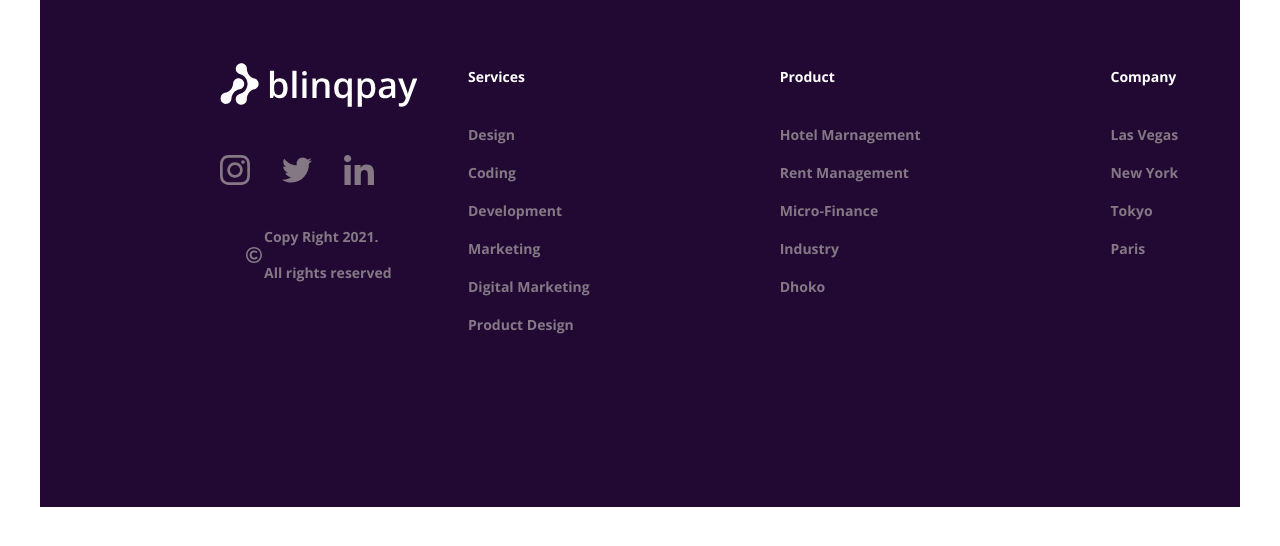
Repository: jabbarbergenoov/mobile-bling-py
Page: idnex.html
These files come from the project's save history. The page is drawn as it stood at one moment and after the next save; the edit follows.
The browser window is 1280 px wide. The pictures show the whole page.

Above is the page before, as saved 2025-04-17 19:04:06.

### idnex.html
<!DOCTYPE html>
<html lang="en">
<head>
    <meta charset="UTF-8">
    <meta name="viewport" content="width=device-width, initial-scale=1.0">
    <title>Document</title>
    <link rel="stylesheet" href="./style/styl.css">
</head>
<body>
    <header class="arslan">

    </header>
    <main>
        <section class="chingiz"></section>
        <section class="ulugbek"></section>
        <section class="bekzad"></section>
        <section class="maftuna"></section>
        <section class="aydos"></section>
    </main>
    <footer class="behruz">
        <div class="container">
            <div class="footer">
                <div class="boxa">
                  <img src="./images/Logo.svg" alt="" class="iimg">
                  <div class="df">
                  <img src="./images/insta.svg" alt="" class="insta">
                  <img src="./images/twiter.svg" alt="" class="twiter">
                  <img src="./images/in.svg" alt="" class="in">
                  </div>
                  <div class="gh">
                  <img src="./images/c.svg" alt="" class="iimg2">
                  <p class="ssd">Copy Right 2021. <br><br>All rights reserved</p>
                  </div>
                </div>
                <div class="boxes">
                <div class="boxb">
                  <h2 class="word">Services</h2>
                  <p class="texts">Design</p>
                  <p class="texts">Coding</p>
                  <p class="texts">Development</p>
                  <p class="texts">Marketing</p>
                  <p class="texts">Digital Marketing</p>
                  <p class="texts">Product Design</p>
                </div>
                <div class="boxb">
                  <h2 class="word">Product</h2>
                  <p class="texts">Hotel Marnagement</p>
                  <p class="texts">Rent Management</p>
                  <p class="texts">Micro-Finance</p>
                  <p class="texts">Industry</p>
                  <p class="texts">Dhoko</p>
                </div>
                <div class="boxb">
                  <h2 class="word">Company</h2>
                  <p class="texts">Las Vegas</p>
                  <p class="texts">New York</p>
                  <p class="texts">Tokyo</p>
                  <p class="texts">Paris</p>
                </div>
                </div>
              </div>
            </div>
    </footer>
</body>
</html>

### style/styl.css
@import url(https://fonts.googleapis.com/css?family=Open+Sans:300,regular,500,600,700,800,300italic,italic,500italic,600italic,700italic,800italic);
* {
    margin: 0;
    padding: 0;
    box-sizing: border-box;
}
.container {
    padding: 0 15;
    width: 1200px;
    margin: 0 auto;
}
.footer {
    height: 689px;
    background: rgb(33, 9, 51);
    position: relative;
    bottom: 182px;
    display: flex;
    gap: 50px;
  }
  .iimg {
    padding-top: 242px;
    padding-left: 180px;
  }
  .df {
    display: flex;
    gap: 32px;
    padding-left: 180px;
    padding-top: 42px;
  }
  .gh {
    display: flex;
    gap: 2px;
    padding-left: 206px;
    padding-top: 43px;
  }

  .ssd {
    color: rgb(133, 120, 133);
    font-size: 14px;
    font-weight: 700;
    line-height: 128.6%;
    letter-spacing: 4%;
    font-family: Open Sans;
  }
  .word {
    color: rgb(255, 255, 255);
    font-size: 14px;
    font-weight: 700;
    line-height: 128.6%;
    letter-spacing: 4%;
    text-align: left;
    padding-bottom: 20px;
    font-family: Open Sans;

  }
  .texts {
    color: rgb(133, 120, 133);
    font-family: Open Sans;
    font-size: 14px;
    font-weight: 700;
    line-height: 128.6%;
    padding-top: 20px;
  }
  .boxb{
    padding-top: 250px;
  }
  .boxes{
    display: flex;
    gap: 190px;

  }

After the next save:
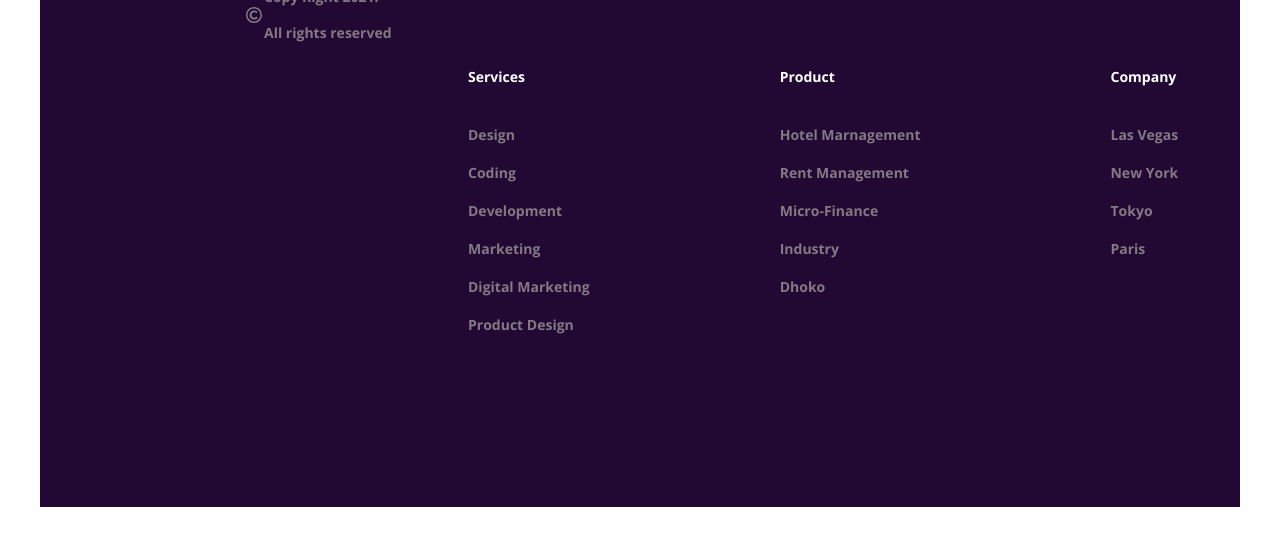
Saved 22 s later.
--- a/style/styl.css
+++ b/style/styl.css
@@ -18,7 +18,7 @@
     gap: 50px;
   }
   .iimg {
-    padding-top: 242px;
+    padding-top: 2px;
     padding-left: 180px;
   }
   .df {

After the save that followed:
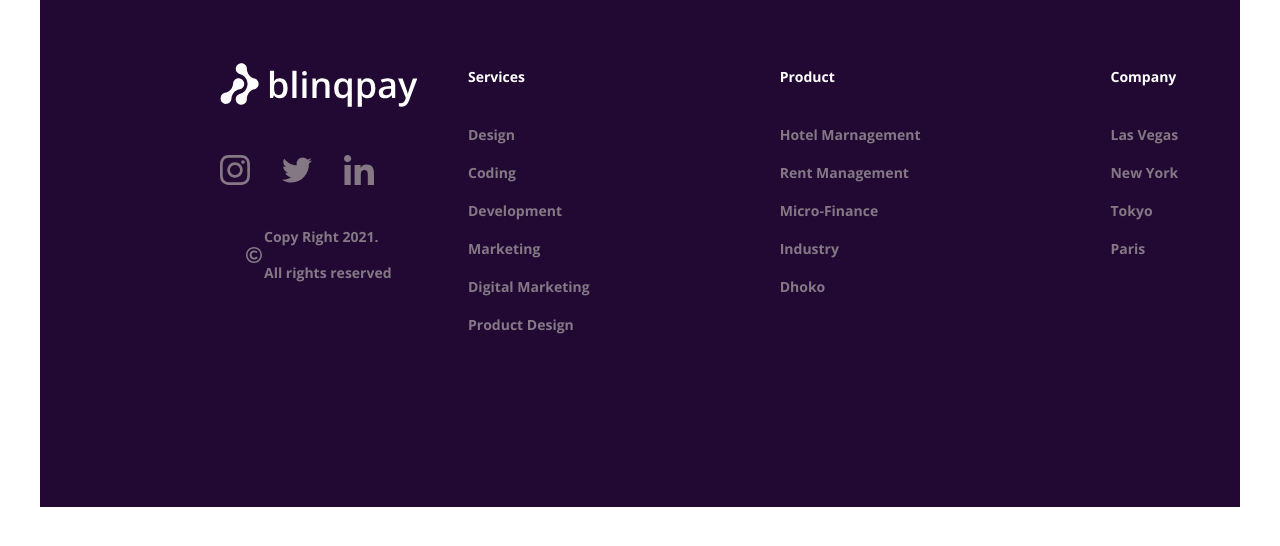
Saved 5 s later.
--- a/style/styl.css
+++ b/style/styl.css
@@ -18,7 +18,7 @@
     gap: 50px;
   }
   .iimg {
-    padding-top: 2px;
+    padding-top: 242px;
     padding-left: 180px;
   }
   .df {
